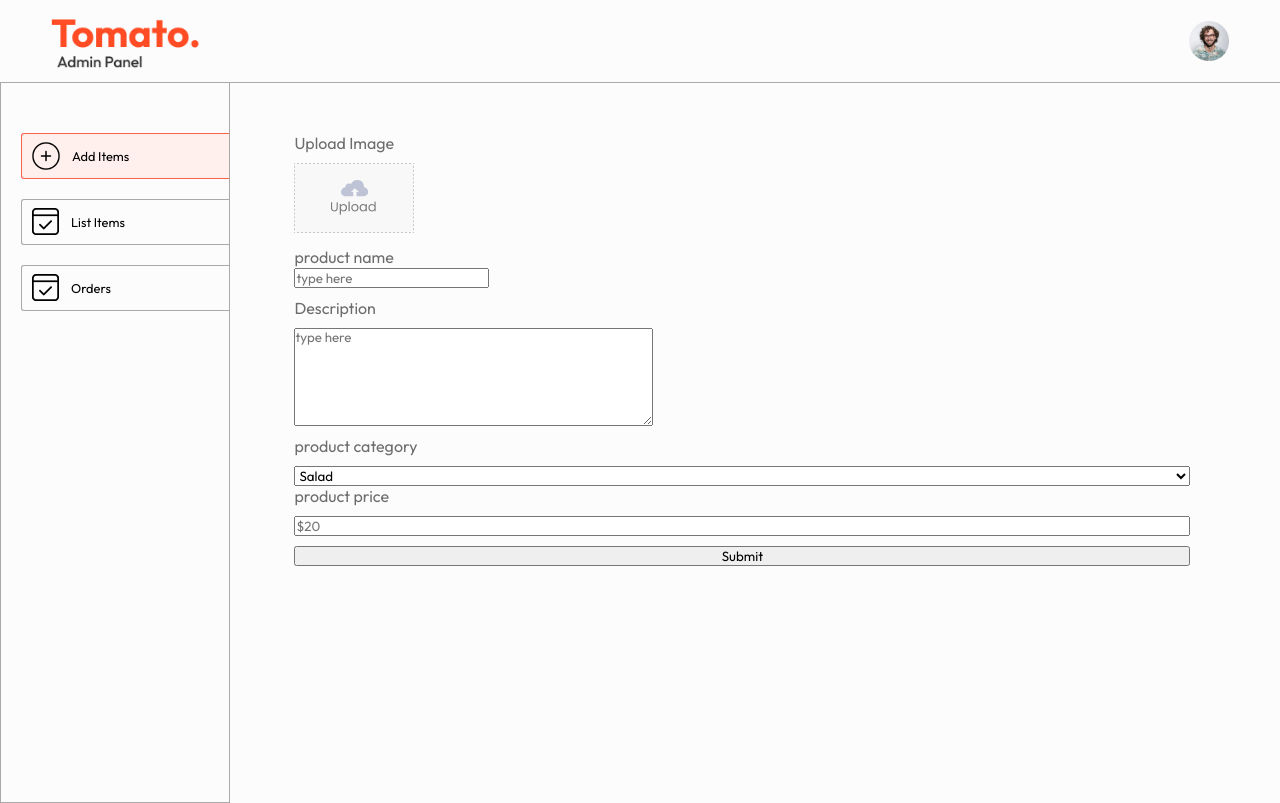
Repository: sodmaq/food-delivery
Page: /add (app in admin/)
An editor plug-in stored every save of this project. The page is shown before and after the next save, followed by the edit.
The browser window is 1280 px wide. The pictures show the whole page.
The project was rebuilt for these pictures with package versions that can differ from the ones it lists, and the page was loaded fresh each time. Also part of the build but not shown: admin/vite.config.js, admin/src/pages/orders/Orders.jsx. Imported but missing from the stored project, and not drawn on this page: admin/src/pages/list/List.

Above is the page before, as saved 2024-10-04 22:57:11.

After the next save:
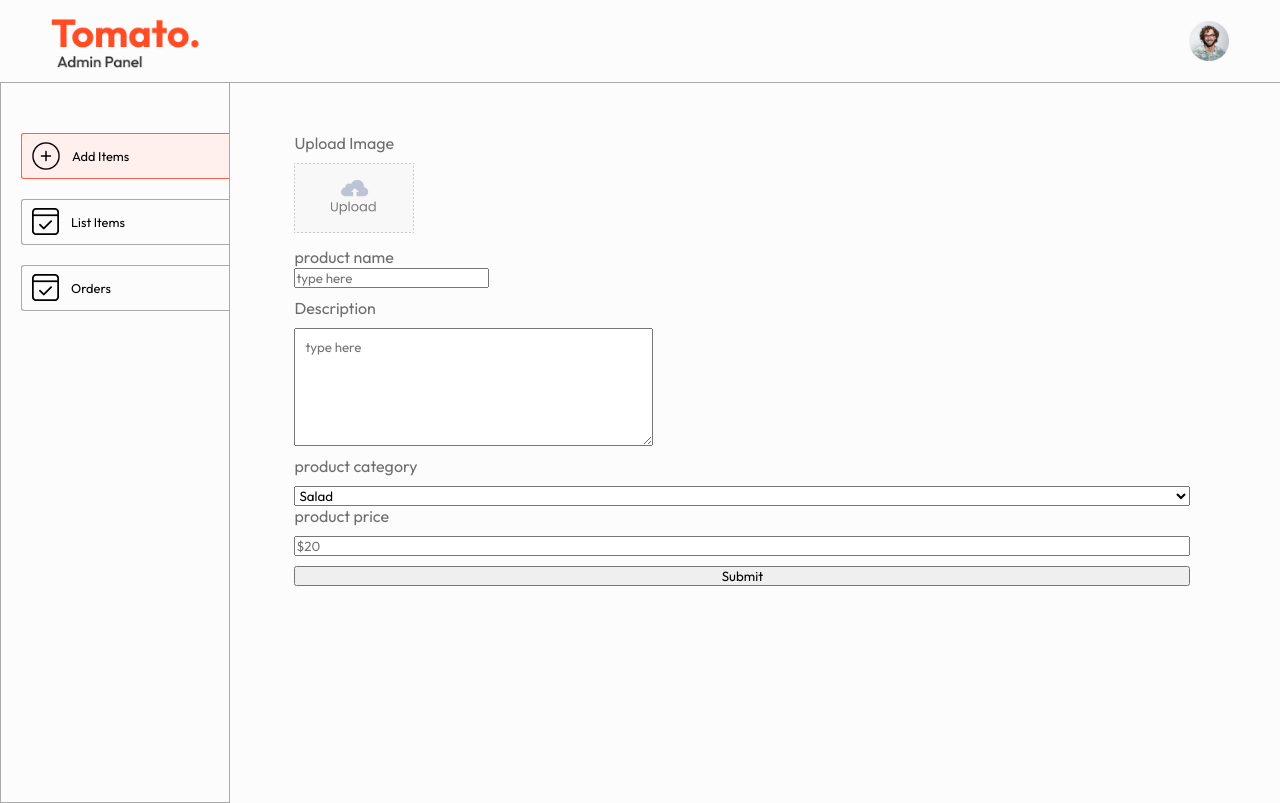
Saved 28 s later.
--- a/admin/src/pages/add/Add.css
+++ b/admin/src/pages/add/Add.css
@@ -18,5 +18,7 @@
   width: max(40%, 280px);
 }
 
-.add-product-name {
+.add-product-name input,
+.add-product-description textarea {
+  padding: 10px;
 }
